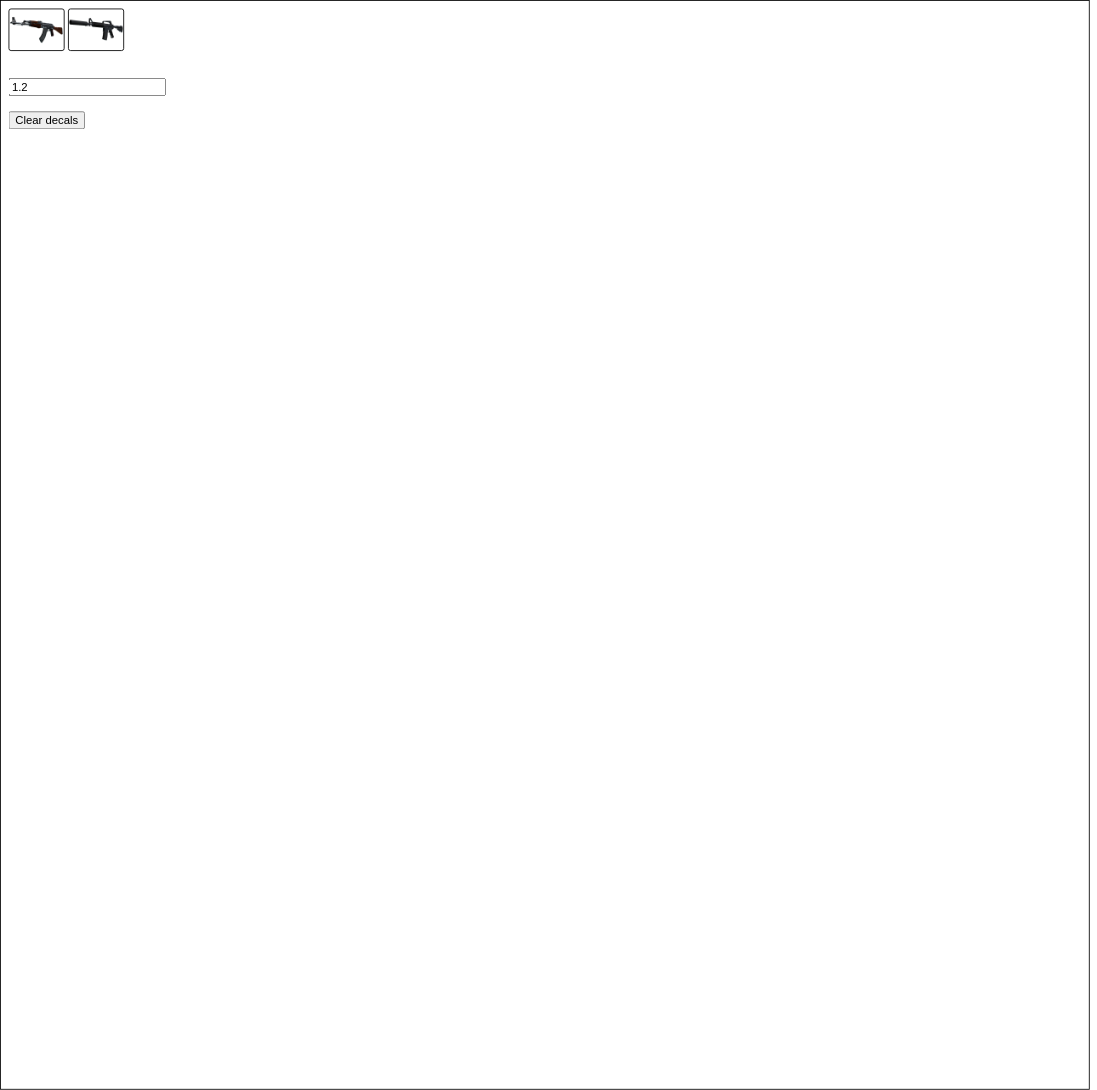
Repository: JerAguilon/GunSprayer
Page: Eclipse/SprayAndPray/index.html
An editor plug-in stored every save of this project. The page is shown before and after the next save, followed by the edit.
The browser window is 1280 px wide. The page is 1290 px wide, so the pictures cover 1290 px, including what lies to the right of the window. The pictures show the whole page, at 85% of full size.
After loading, the first visible `button` was clicked once.

Above is the page before, as saved 2015-08-01 09:38:27.

### Eclipse/SprayAndPray/index.html
<!DOCTYPE html>
<html lang = "en">

<head>
	<title>Spray and pray</title>
	<link rel="stylesheet" href="css/styles.css">
</head>

<body>
	<div>
		<img src = "images/ak47.png" class = "guns"/>
		<img src = "images/m4a1-s.png" class = "guns"/>
	</div>

	<div>
		<canvas id="canvas">Your browser doesn't support HTML5.</canvas>
	</div>

	<form>

 		Sensitivity:
 		<br>
		<input type = "text" name = "sensitivty" id = "sensitivity" value = "1.2"/>
		<br><br>
		<button type ='button' onclick = "clearDecals()">Clear decals</button>

	</form>

	<script type=text/javascript src ="js/main.js"></script>
	<noscript>Javascript not supported</noscript>


	<div class = "nocursor"></div>


</body>
</html>

### Eclipse/SprayAndPray/css/styles.css
body{
	margin: 0;

}.guns {
   border:1px solid #000000;
   border-radius:3px;
   width: 5%;
   height:auto;
   position:relative;
   top:10px;
   left:10px;
   z-index:2;
   background-color: #ffffff;
} canvas{
	border:1px solid #000000;
	display: block;
	position:absolute;
	top:0px;
	left:0px
	z-index:1;
} form {
	position:relative;
	top:20px;
	left:10px;
	z-index:2;
	color: #ffffff;
}

### Eclipse/SprayAndPray/js/main.js
var canvas = document.getElementById('canvas');
var context = canvas.getContext('2d');

canvas.width=window.innerWidth;
canvas.height=window.innerWidth;

make_base();
function make_base(){
	base_image = new Image();
	base_image.src = 'images/16-9.jpg';
	base_image.onload = function(){
		context.drawImage(base_image, 0,0);
	}
}

function clearDecals(){
	// Store the current transformation matrix
	context.save();

	// Use the identity matrix while clearing the canvas
	context.setTransform(1, 0, 0, 1, 0, 0);
	context.clearRect(0, 0, canvas.width, canvas.height);

	// Restore the transform
	context.restore();
}

//gun data
var ak = [[0,0],[-2,0],[-18,1],[-19,2],[-29,3],[-43,3],[-58,7],[-71,11],[-79,10],[-86,4],
            [-88,-8],[-89,-17],[-92,-24],[-93,-30],[-92,-33],[-93,-33],[-96,-24],[-98,-13],[-100,-1],[-99,12],
            [-99,18],[-98,20],[-98,19],[-101,18],[-103,19],[-104,20],[-104,19],[-103,11],[-102,-3],[-97,-21]];
var akFireRate = 10;

normalizer = 1.6
for(i = 0; i < ak.length;i++){
	for(j = 0;j<2;j++){
		ak[i][j] = ak[i][j] * normalizer
	}
}



//gun shit here
var i = 0;
var radius = 3;
var firing = false;
var sensitivity = document.getElementById('sensitivity').value;

var currentX = null;
var currentY = null;
var originX = null;
var originY = null;

function onMouseUpdate(e){
	currentX = e.pageX;
	currentY = e.pageY;
}

var engage = function(e){
	firing = true;
	originX = e.pageX;
	originY = e.pageY;
	document.body.style.cursor = 'none';
}

setInterval( function() {fireBullet(currentX,currentY)}, 100 );


var fireBullet = function(x,y){

	sensitivity = document.getElementById('sensitivity').value;

	if(firing){
		context.beginPath();
	    context.fillStyle = 'red';
		context.arc((sensitivity/2.63) * (x-originX)+originX - ak[i][1], (sensitivity/2.63) * (y-originY)+originY +ak[i][0], radius, 0, Math.PI*2);
		context.fill();
		var audio = new Audio('sounds/ak.mp3');
		audio.play();
		if(i < 29){
			i++;
		} else if (i == 29){
			i=0;
			firing = false;
			document.body.style.cursor = 'pointer';
		}
	}
}

var ceasefire = function(){
	firing = false ;
	document.body.style.cursor = 'pointer';
	i=0;

}

canvas.addEventListener('mousedown', engage);
canvas.addEventListener('mousemove', onMouseUpdate);
canvas.addEventListener('mouseup',ceasefire);

After the next save:
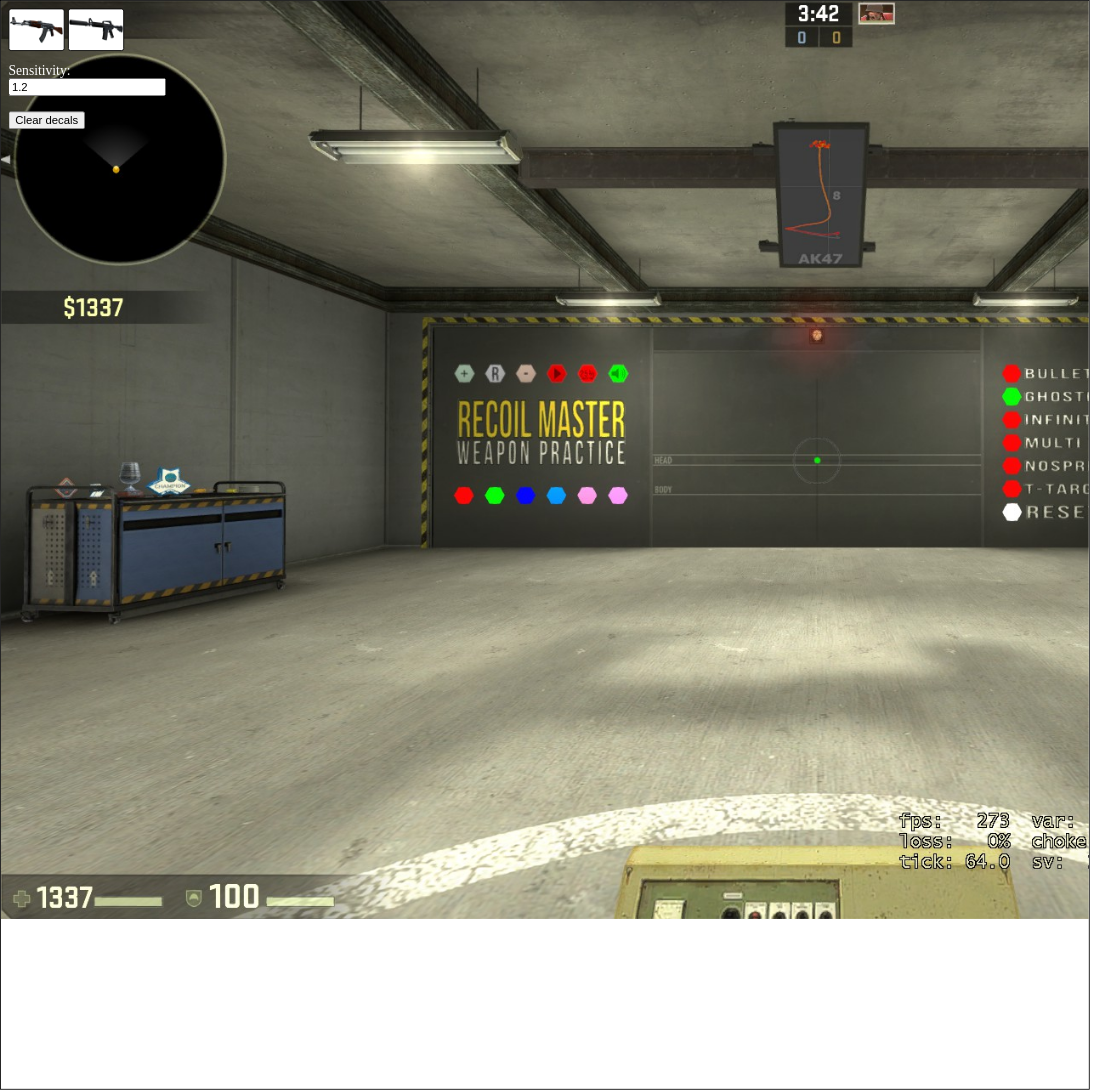
Saved 75 s later.
--- a/Eclipse/SprayAndPray/js/main.js
+++ b/Eclipse/SprayAndPray/js/main.js
@@ -23,6 +23,7 @@ function clearDecals(){
 
 	// Restore the transform
 	context.restore();
+	make_base();
 }
 
 //gun data
